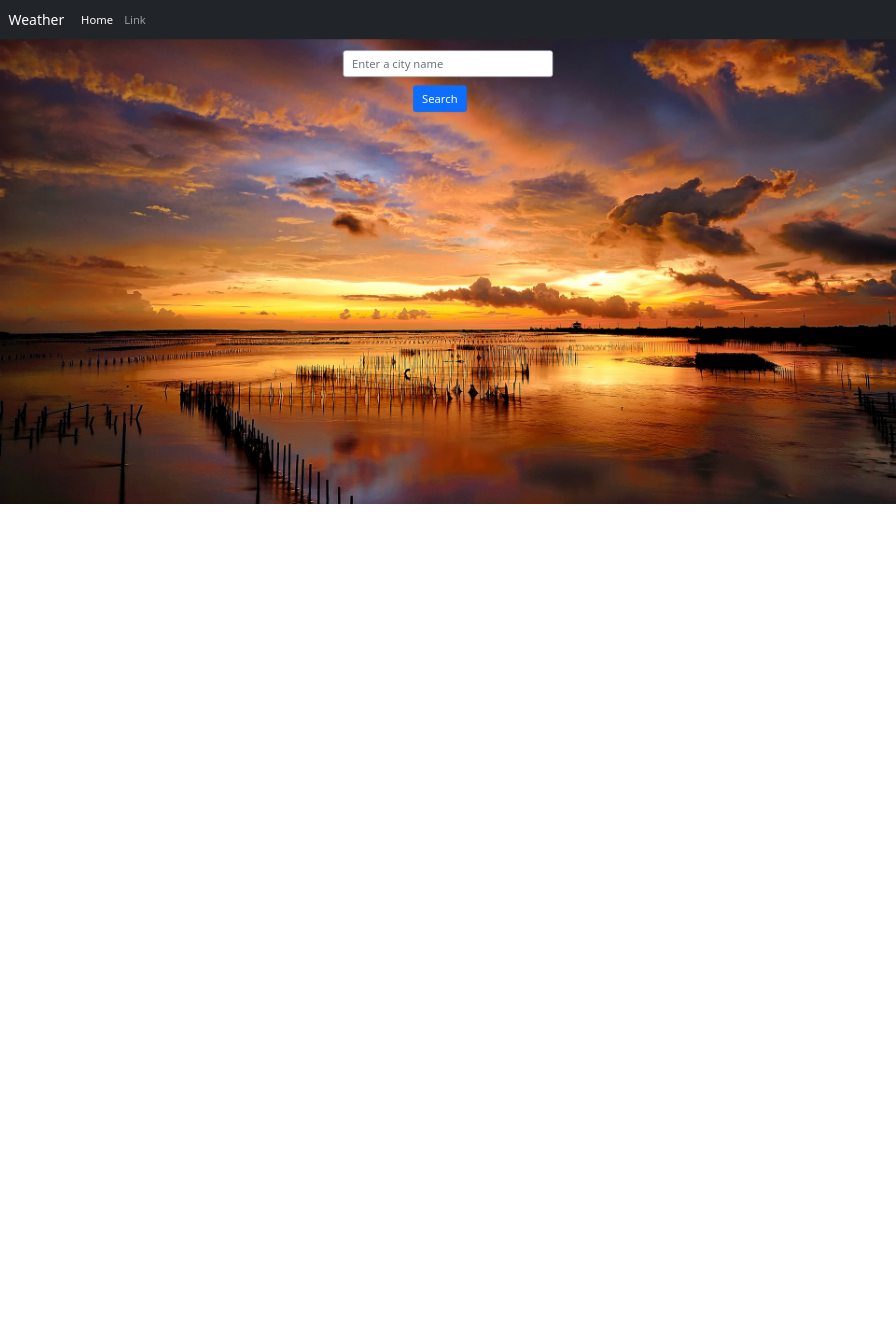
Repository: rohitbharti258/Project_Weather_finder
Page: index.html
The author's editor kept a copy of each file at every save. The page is drawn from the files as they stood at one save, then again after the next save.
The browser window is 1280 px wide. The pictures show the part of the page from y = 0 to 1920 px (the page is 3114 px tall before and 720 px after), at 70% of full size.

Above is the page before, as saved 2022-02-28 13:00:32.

### index.html
<!DOCTYPE html>
<html lang="en">

<head>
    <meta charset="UTF-8">
    <meta http-equiv="X-UA-Compatible" content="IE=edge">
    <meta name="viewport" content="width=device-width, initial-scale=1.0">
    <title>Weather App</title>
    <link rel="stylesheet" href="style.css">
    <link href="https://cdn.jsdelivr.net/npm/bootstrap@5.1.3/dist/css/bootstrap.min.css" rel="stylesheet"
        integrity="sha384-1BmE4kWBq78iYhFldvKuhfTAU6auU8tT94WrHftjDbrCEXSU1oBoqyl2QvZ6jIW3" crossorigin="anonymous">
</head>

<body>
    <nav class="navbar navbar-expand-lg navbar-dark bg-dark">
        <div class="container-fluid">
            <a class="navbar-brand" href="#">Weather</a>
            <button class="navbar-toggler" type="button" data-bs-toggle="collapse"
                data-bs-target="#navbarSupportedContent" aria-controls="navbarSupportedContent" aria-expanded="false"
                aria-label="Toggle navigation">
                <span class="navbar-toggler-icon"></span>
            </button>
            <div class="collapse navbar-collapse" id="navbarSupportedContent">
                <ul class="navbar-nav me-auto mb-2 mb-lg-0">
                    <li class="nav-item">
                        <a class="nav-link active" aria-current="page" href="#">Home</a>
                    </li>
                    <li class="nav-item">
                        <a class="nav-link" href="#">Link</a>
                    </li>
                </ul>
            </div>
        </div>
    </nav>
    <div class="cloud">
        <img src="./cloud.png" alt="" srcset="">
        <img src="./cloud.png" alt="" srcset="">
        <img src="./cloud.png" alt="" srcset="">
        <img src="./cloud.png" alt="" srcset="">
        <img src="./cloud.png" alt="" srcset="">
        <img src="./cloud.png" alt="" srcset="">
    </div>
    <div class="container my-3">
        <div class="form">
        <!-- <form class="row g-3 ">  -->
            <div class="col-auto" style="width: 300px;">
                <input type="text" class="form-control" id="inputPassword2" placeholder="Enter a city name">
            </div>
            <div class="col-auto">
                <button type="submit" class="btn btn-primary mb-3">Search</button>
            </div>
        <!-- </form> -->
        </div>
    <!-- </div> -->
    <div class="weatherBox">

    </div>
    </div>
    <script src="index.js"></script>
    <!-- <script src="https://cdn.jsdelivr.net/npm/@popperjs/core@2.10.2/dist/umd/popper.min.js"
        integrity="sha384-7+zCNj/IqJ95wo16oMtfsKbZ9ccEh31eOz1HGyDuCQ6wgnyJNSYdrPa03rtR1zdB"
        crossorigin="anonymous"></script>
    <script src="https://cdn.jsdelivr.net/npm/bootstrap@5.1.3/dist/js/bootstrap.min.js"
        integrity="sha384-QJHtvGhmr9XOIpI6YVutG+2QOK9T+ZnN4kzFN1RtK3zEFEIsxhlmWl5/YESvpZ13"
        crossorigin="anonymous"></script>
    <script type="module" src="https://unpkg.com/ionicons@5.5.2/dist/ionicons/ionicons.esm.js"></script>
    <script nomodule src="https://unpkg.com/ionicons@5.5.2/dist/ionicons/ionicons.js"></script> -->
</body>

<!-- // <img src="https://img.icons8.com/color/48/000000/wet.png"/>
// <img src="https://img.icons8.com/color/48/000000/partly-cloudy-day--v1.png"/>
// <img src="https://img.icons8.com/color/48/000000/rain--v2.png"/>  -->


</html>

### style.css
body {
    /* background:linear-gradient(180deg,#5959b3 0%,skyBlue 100%); */
    background: url("./img/bgimg.jpg");
    /* background: url("https://cdn.wallpapersafari.com/43/51/iQEfDy.jpg"); */
    background-repeat: no-repeat;
    background-size: cover;
    width: 100vw;
    height: 100vh;
}

.form {
    width: 300px;
    margin: 0 auto;
}
.cloud{
    display: flex;
    justify-content: space-around;
    align-items: center;
    position: absolute;
    /* bottom:10px; */
    min-width:100%;
    animation: cloud 7s linear infinite;
}
@keyframes cloud {
    0%{
        bottom: -10000px;
    }
    100%{
        bottom:90%;
    }
}
.cloud img{
    width:150px;
    height:100px;
}
.weatherBox {
    margin-left: 120px;
    width: 235px;
    height: 300px;
    margin: 0 auto;
    z-index: 1000;
}

.Box {
    display: flex;
    flex-direction: column;
    width: 100%;
    box-shadow: 0px 20px 20px rgba(255, 255, 255, 0.3);
    height: 100%;
    /* border:2px solid; */
    /* border-color: linear-gradient(red,blue); */
    border-radius: 10px;
}

.temp {
    margin-bottom: 15px;
    display: flex;
    justify-content: space-around;
    flex-direction: column;
    float: right;
    font-size: 13px;
    position: absolute;
    right: 40px;
    font-family: -apple-system, BlinkMacSystemFont, 'Segoe UI', Roboto, Oxygen, Ubuntu, Cantarell, 'Open Sans', 'Helvetica Neue', sans-serif;
}

.tempNow {
    text-align: center;
}

.minmax {
    display: flex;
    justify-content: center;
    /* display: none; */
}

.minmax :first-child {
    margin-right: 5px;
}

.cardBox {
    /* border: 2px solid red; */
    width: 100%;
    height: 100%;
    position: relative;
    display: flex;
    justify-content: center;
    align-items: center;
    z-index: 10;
    background: linear-gradient( 135deg, #2196f3, #00bcd4);
    /* border-radius: 20px; */
    /* border-bottom: 2px solid red; */
}

.content {
    width: 100%;
    height: 170px;
    /* border: 1px solid green; */
    /* border: 1px solid #009688; */
    /* border-radius: 20px; */
    border-top: none;
    padding: 30px;
    position: relative;
    backdrop-filter: blur(10px);
    background: linear-gradient( 45deg, black, transparent);
}


/* .content::before{
    content: "";
    position: absolute;
    top: -15px;
    width: 16px;
    left: -1px;
    z-index: 1;
    background: linear-gradient(45deg,black,transparent);
        backdrop-filter:blur(10px);
    height: 16px; */


/* } */


/* .content::after{
    content: "";
    position: absolute;
    top: -12px;
    width: 1px;
    right: -1px; background:#009688;
    height: 10px;
} */

.location {
    display: flex;
    justify-content: space-between;
}

.weather {
    display: flex;
    justify-content: space-between;
}

img {
    width: 22px;
    height: 22px;
}

span p {
    text-align: center;
}

.cardinfo {
    width: 350px;
    display: flex;
}

.date {
    position: absolute;
    top: 0;
    right: 10px;
}

.name {
    position: absolute;
    top: 0;
    left: 10px;
}

.cloudinfo img {
    width: 68px;
    height: 68px;
}

.cloudinfo p {
    font-size: 13px;
    color: rgb(15, 7, 7);
    text-align: center;
}

.content span {
    text-align: center;
}

span p {
    font-size: 10px;
    color: white;
    text-align: center;
    display: flex;
    flex-direction: column;
    align-items: center;
    margin: 0;
}

.form :nth-child(2) {
    margin: 12px auto;
    width: 100px;
}

### index.js
console.log("Weather app")
const btn = document.querySelector(".btn");
const input = document.querySelector(".form-control");
const api = "51d41d6f1c399b2abc7a3fcbfbb057c7";
const weatherBox = document.querySelector(".weatherBox")
let city = "";
const arr = ["Jan", "Feb", "Mar", "Apr", "May", "Jun", "Jul", "Aug", "Sep", "Oct", "Nov", "Dec"];
btn.addEventListener("click", (e) => {
    console.log(e);
    e.preventDefault();
    let str2 = ""
    city = input.value;
    console.log(city)
    input.value = ""
    const xhr = new XMLHttpRequest();
    xhr.open("GET", `https://api.openweathermap.org/data/2.5/weather?q=${city}&appid=${api}`, true);

    xhr.onload = function() {
        let obj = JSON.parse(this.responseText);
        console.log(obj.cod)
        if (obj.cod === 429) {
            str2 += obj.message;
            weatherBox.innerHTML = str2;
        } else
        if (this.status == 200) {

            let ob = [];
            // console.log(ob.push(...obj))/
            let cardbox = document.querySelector(".cardBox");
            let content = document.querySelector(".content")
            str = "";
            str2 = "";
            let sunrise = displayEndtime(obj.sys.sunrise);
            let sunset = displayEndtime(obj.sys.sunset);
            let date = displayDay();
            let c = `&#8451`;
            if (obj.cod == "404") {

            } else {
                str += `
            <div class="Box">
                <div class="cardBox">
                    <div class="cloudinfo">
                      <img src=${"./img/"}${obj.weather[0].main}${".png"}>
                      <p>${obj.weather[0].main}${" | "}${"Feels like "}${(obj.main.feels_like-273).toFixed(0)}${c}</p>
                    </div>
                    <div class="name">
                       <span>${obj.name}${" ,"}${obj.sys.country}</span>
                    </div>
                    <div class="date">
                       <p>${date}</p>
                    </div>
                    <div class="temp">
                        <span class="tempNow">${(obj.main.temp -273.15).toFixed(0)}${c}</span>
                        <div class="minmax">
                           <span class="mintemp">${(obj.main.temp_min-273.15).toFixed(0)}${c}</span>
                           <span class="maxtemp">${(obj.main.temp_max-273.15).toFixed(0)}${c}</span>
                        </div>
                    </div>
                </div>
                <div class="content">
                    <div class="weather">
                        <span class="humidity"><img src="./img/blur.png"/>
                           <p>${obj.main.humidity}${"%"}</p>
                           <p>Humidity</p>
                        </span>
                        <span class="wind"><img src="./img/wind.png"/>
                           <p>${obj.wind.speed}${"m/s"}</p>
                           <p>Wind</p>
                        </span>
                        <span class="sunrise"> <img src="./img/sunrise.png"/>
                           <p>${sunrise}</p>
                           <p>Sunrise</p>
                        </span>
                    </div>
                    <div class="location">
                        <span class="lat">  <img src="./img/latitude.png"/>
                          <p>${obj.coord.lat.toFixed(2)}</p>
                          <p>Latitude</p>
                        </span>
                        <span class="lon"> <img src="./img/longitude.png"/>
                          <p>${obj.coord.lon.toFixed(2)}</p><p>Longitude</p></span>
                        <span class="sunrise"><img src="./img/sunset.png"/>
                          <p>${sunset}</p>
                          <p>Sunset</p>
                        </span>
                    </div>
                </div>
            </div>`;
                weatherBox.innerHTML = str;
                // console.log(str);
            }
        } else {
            console.log("error");
            str2 += "City not found";
            weatherBox.innerHTML = str2;
        }
    }
    xhr.send();
});

function displayEndtime(tstamp) {
    const end = new Date(tstamp);

    const hour = end.getHours();
    const min = end.getMinutes();
    const dis = `${hour > 12 ? hour - 12 : hour}:${min < 10 ? "0" : ""}${min}`;
    return dis;
}

function displayDay() {
    const end = new Date();

    const date = end.getDate();
    const mon = end.getMonth();
    const dis = `${arr[mon]}${","}${date}`;
    return dis;
}

After the next save:
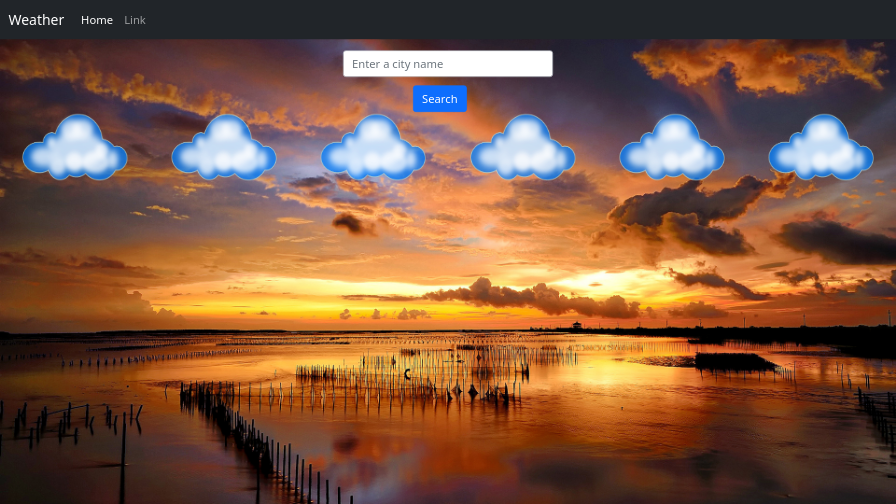
Saved 12 s later.
--- a/style.css
+++ b/style.css
@@ -23,7 +23,7 @@ body {
 }
 @keyframes cloud {
     0%{
-        bottom: -10000px;
+        bottom: -10px;
     }
     100%{
         bottom:90%;
